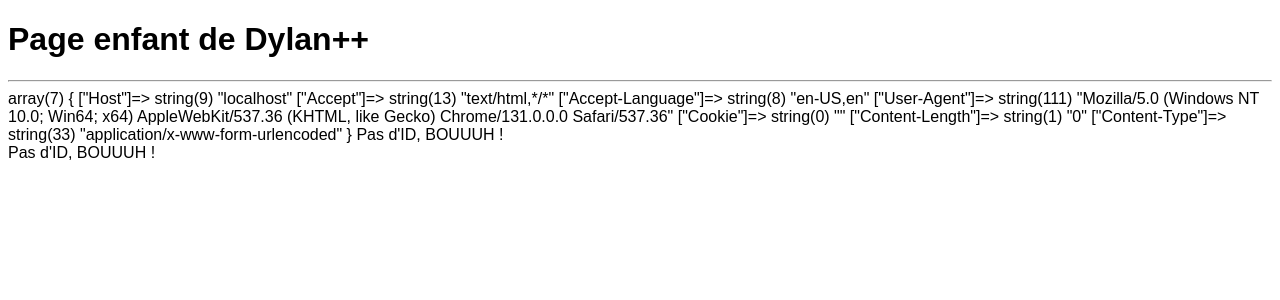
Repository: DylanCahu/cookie
Page: http://localhost/enfant.php
An editor plug-in stored every save of this project. The page is shown before and after the next save, followed by the edit.
The browser window is 1280 px wide. The pictures show the whole page.
The page is run by PHP 8.4 with error messages shown; the project is at /var/www/html/.

Above is the page before, as saved 2021-12-13 09:14:55.

### enfant.php
<!DOCTYPE html>
<html>
    <head>
        <title>Index Cookies</title>
        <meta charset="utf-8">
        <style>
body	{	font-family	:	Arial	;
		}
</style>
    </head>

    <body>
        <h1>Page enfant de Dylan++</h1>
        <hr>
        <?php

$tabhead = getallheaders();
var_dump($tabhead);

session_start();

// if (isset($_COOKIE['numClient'])) {
//     echo "<h3>Votre ID est: " . $_COOKIE['numClient'] . " </br>";
//     $id = $_COOKIE['numClient'];} else {echo "Pas d'ID, BOUUUH !</br>";
//     $id = 0;}
// if (isset($_GET['id'])) {
//     echo "<h3>Votre ID est: " . $_GET['id'] . "</br> ";
//     $id = $_GET['id'];} else {echo "Pas d'ID, BOUUUH !</br>";
//     $id = 0;}

if (isset($_SESSION['numClient'])) {
    echo "<h3>Mon ID est " . $_SESSION['numClient'] . " </br>";
    $id = $_SESSION['numClient'];} else {echo "Pas d'ID, BOUUUH !</br>";
    $id = 0;}
if (isset($_GET['id'])) {
    echo "<h3>Votre ID est " . $_GET['id'] . "</br> ";
    $id = $_GET['id'];} else {echo "Pas d'ID, BOUUUH !</br>";
    $id = 0;}

?>

    </body>
</html>

After the next save:
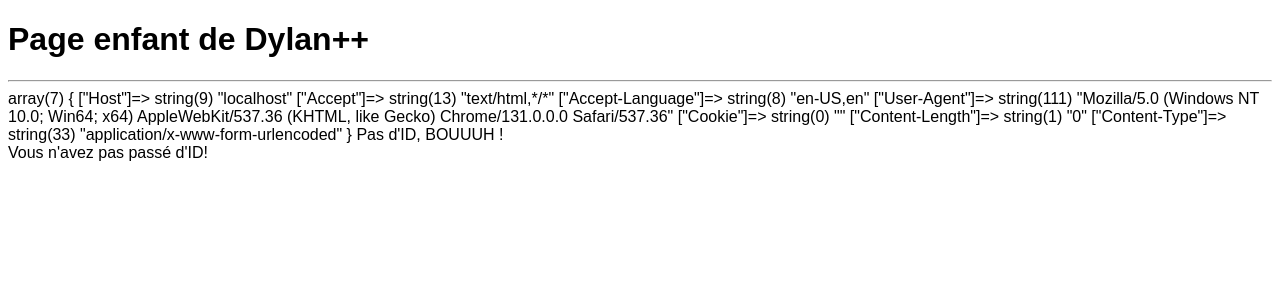
Saved 114 s later.
--- a/enfant.php
+++ b/enfant.php
@@ -34,7 +34,7 @@ if (isset($_SESSION['numClient'])) {
     $id = 0;}
 if (isset($_GET['id'])) {
     echo "<h3>Votre ID est " . $_GET['id'] . "</br> ";
-    $id = $_GET['id'];} else {echo "Pas d'ID, BOUUUH !</br>";
+    $id = $_GET['id'];} else {echo "Vous n'avez pas passé d'ID!</br>";
     $id = 0;}
 
 ?>
